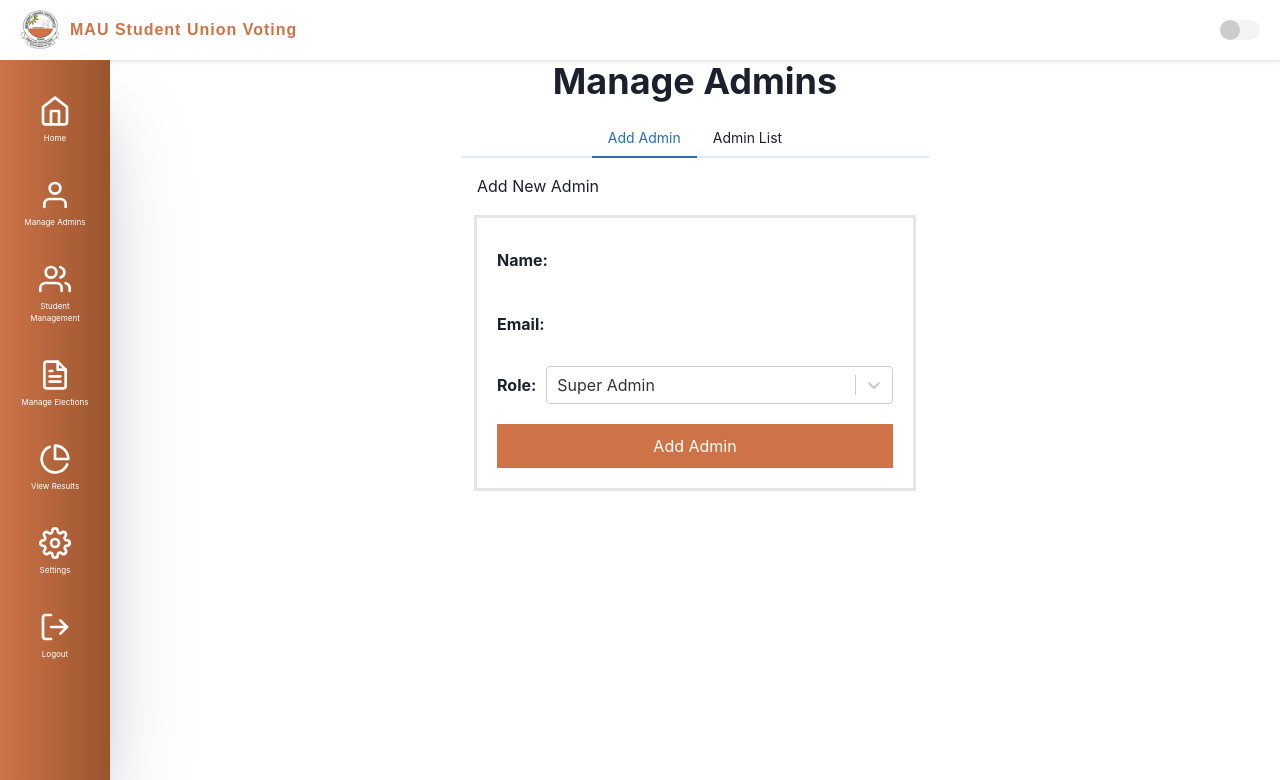
Repository: joena1o/e-vote
Page: /admin-dashboard/manage-admin
An editor plug-in stored every save of this project. The page is shown before and after the next save, followed by the edit.
The browser window is 1280 px wide. The pictures show the whole page.
The project was rebuilt for these pictures with package versions that can differ from the ones it lists, and the page was loaded fresh each time. Also part of the build but not shown: src/components/EnhancedLogin.js, src/components/maincontent/RegisterStudents/ManageStudents.js, src/components/maincontent/RegisterStudents/RegisterStudents.js, src/components/maincontent/RegisterStudents/StudentManagement.js, src/components/maincontent/ElectionResults/ViewResults.js, src/components/maincontent/Settings/Settings.js, src/api/index.js, src/components/maincontent/home/Home.styles.js and 15 more.

Above is the page before, as saved 2023-10-24 06:29:26.

### src/index.js
import React from 'react';
import ReactDOM from 'react-dom/client';
import './index.css';
import App from './App';
import reportWebVitals from './reportWebVitals';
import Modal from 'react-modal';

// Set the app element for the modal for accessibility purposes
Modal.setAppElement('#root');

const root = ReactDOM.createRoot(document.getElementById('root'));
root.render(
  <React.StrictMode>
    <App />
  </React.StrictMode>
);

// If you want to start measuring performance in your app, pass a function
// to log results (for example: reportWebVitals(console.log))
// or send to an analytics endpoint. Learn more: https://bit.ly/CRA-vitals
reportWebVitals();

### src/App.js
import React from 'react';
import { BrowserRouter as Router, Routes, Route, Navigate } from 'react-router-dom';
import EnhancedLogin from './components/EnhancedLogin';
import AdminDashboard from './components/AdminDashboard';
import StudentDashboard from './components/StudentDashboard';
import { ChakraProvider, ColorModeProvider, Button, useColorMode } from '@chakra-ui/react';
import { Provider } from 'react-redux';
import store from './Redux/store';
import ElectionCommitteeDashboard from './components/maincontent/ElectionCommitteeDashboard';

// Component to toggle dark mode
function DarkModeToggle() {
  const { colorMode, toggleColorMode } = useColorMode();
  return (
    <Button onClick={toggleColorMode} position="fixed" m={4} zIndex={10}>
      Toggle {colorMode === 'light' ? 'Dark' : 'Light'}
    </Button>
  );
}

function App() {
  // Check if the current route is not the "/login" route, then render the DarkModeToggle
  // const isLoginPage = window.location.pathname === '/login';

  return (
    <Provider store={store}>
      <ChakraProvider>
        <ColorModeProvider options={{ useSystemColorMode: true }}>
          <Router>
            <Routes>
              {/* Define your routes */}
              <Route path="/login" element={<EnhancedLogin />} />
              <Route path="/admin-dashboard/*" element={<AdminDashboard />} />
              <Route path="/ElectionCommittee-dashboard/*" element={<ElectionCommitteeDashboard />} />
              <Route path='/student-dashboard/*' element={<StudentDashboard />} />
              {/* Redirect root to /admin-dashboard */}
              <Route path="/" element={<Navigate to="/admin-dashboard" replace />} />
            </Routes>
          </Router>
          {/* Render DarkModeToggle only if not on the "/login" page */}
          {/* {!isLoginPage && <DarkModeToggle />} */}
        </ColorModeProvider>
      </ChakraProvider>
    </Provider>
  );
}

export default App;

### src/components/AdminDashboard.js
// AdminDashboard.js
import React from 'react';
import { Routes, Route } from 'react-router-dom';
import StudentManagement from './maincontent/RegisterStudents/StudentManagement';
import ViewResults from './maincontent/ElectionResults/ViewResults';
import Settings from './maincontent/Settings/Settings';
import Home from './maincontent/home/Home';
import ManageAdmin from './maincontent/ManageAdmins/ManageAdmins';
import ManageElections from './maincontent/ManageElections/ManageElections';
import Sidebar from './Sidebar';
import Navbar from './Navbar';
import styled from 'styled-components';

const Container = styled.div`
  display: flex;
  flex-direction: column;
  /* Add the following line to ensure Container fills the screen height */
  height: 100vh;
  width: 100%; /* Use 100% to fill the entire width of the screen */
`;


const Content = styled.div`
  display: flex;
  /* Add the following line to ensure Content fills the remaining screen space */
  flex: 1;
`;

const AdminDashboard = () => {
  return (
    <Container>
      <Navbar />
      <Content>
        <Sidebar />
        <Routes>
          <Route index element={<Home />} />
          <Route path="student-management" element={<StudentManagement />} />
          <Route path="view-results" element={<ViewResults />} />
          <Route path="settings" element={<Settings />} />
          <Route path="manage-admin" element={<ManageAdmin />} />
          <Route path="manage-elections" element={<ManageElections />} />
        </Routes>
      </Content>
    </Container>
  );
};

export default AdminDashboard;

### src/Redux/store.js
import { configureStore } from '@reduxjs/toolkit';
import electionReducer from './electionSlice';
import studentsReducer from './studentsSlice';
import candidatesReducer from './CandidateSlice'; // Import the candidates reducer

const store = configureStore({
  reducer: {
    elections: electionReducer,
    students: studentsReducer,
    candidates: candidatesReducer, // Add the candidates reducer here
  },
});

export default store;

### src/components/maincontent/ManageAdmins/ManageAdmins.js
import React, { useState } from 'react';
import { Tabs, TabList, TabPanels, Tab, TabPanel, Box, Flex, Heading } from '@chakra-ui/react';
import AddAdmin from './AddAdmin';
import AdminList from './AdminList';

const ManageAdmins = () => {
  const [activeTab, setActiveTab] = useState(0);

  const handleTabChange = (index) => {
    setActiveTab(index);
  };

  return (
    <Flex direction="column" align="center" w="100%" h="100%">
      <Heading mb={4}>Manage Admins</Heading>
      <Box w="40%" maxW="500px">
        <Tabs index={activeTab} onChange={handleTabChange} isLazy>
          <TabList justifyContent="center" isFitted>
            <Tab fontSize="sm" px={4} py={2}>
              Add Admin
            </Tab>
            <Tab fontSize="sm" px={4} py={2}>
              Admin List
            </Tab>
          </TabList>
          <TabPanels>
            <TabPanel>
              <AddAdmin />
            </TabPanel>
            <TabPanel>
              <AdminList />
            </TabPanel>
          </TabPanels>
        </Tabs>
      </Box>
    </Flex>
  );
};

export default ManageAdmins;

### src/components/Sidebar.js
import React from 'react';
import styled from 'styled-components';
import { Link } from 'react-router-dom';
import { FiHome, FiUser, FiUsers, FiFileText, FiSettings, FiLogOut, FiPieChart } from 'react-icons/fi';
import { useColorMode } from '@chakra-ui/react';

const SidebarContainer = styled.nav`
  background: ${props => (props.theme === 'dark' ? '#333' : 'linear-gradient(to right, #ce7348, #9a552e)')};
  padding: 15px;
  height: 100vh;
  color: #fff;
  box-shadow: rgba(50, 50, 93, 0.25) 0px 50px 100px -20px, rgba(0, 0, 0, 0.3) 0px 30px 60px -30px;
  display: flex;
  flex-direction: column;
`;

const LinkList = styled.ul`
  list-style-type: none;
  padding: 0;
  flex: 1;
`;

const StyledLink = styled(Link)`
  text-decoration: none;
  color: #fff;
  display: flex;
  flex-direction: column;
  align-items: center;
  transition: color 0.3s ease;
  margin-bottom: 15px;
  cursor: pointer;
  font-size: 0.5rem;

  &:hover {
    color: #fce364;
  }

  width: 80px;
  text-align: center;
  word-wrap: break-word;
  overflow-wrap: break-word;

  @media (max-width: 768px) {
    font-size: 0.4rem;
  }

  @media (max-width: 480px) {
    font-size: 0.3rem;
  }
`;

const LinkItem = styled.li`
  display: flex;
  align-items: center;
  margin-top: 20px;
`;

const Icon = styled.div`
  font-size: 2rem;
  color: #fff;

  @media (max-width: 768px) {
    font-size: 0.9rem;
  }

  @media (max-width: 480px) {
    font-size: 0.8rem;
  }

  margin-bottom: 5px;

  ${StyledLink}:hover & {
    color: #fce364;  // Change icon color when the link is hovered
  }
`;

function Sidebar() {
  const { colorMode } = useColorMode();

  return (
    <SidebarContainer theme={colorMode}>
      <LinkList>
        <LinkItem>
          <StyledLink to="/admin-dashboard">
            <Icon><FiHome /></Icon>
            Home
          </StyledLink>
        </LinkItem>
        <LinkItem>
          <StyledLink to="/admin-dashboard/manage-admin">
            <Icon><FiUser /></Icon>
            Manage Admins
          </StyledLink>
        </LinkItem>
        <LinkItem>
          <StyledLink to="/admin-dashboard/student-management">
            <Icon><FiUsers /></Icon>
            Student Management
          </StyledLink>
        </LinkItem>
        <LinkItem>
          <StyledLink to="/admin-dashboard/manage-elections">
            <Icon><FiFileText /></Icon>
            Manage Elections
          </StyledLink>
        </LinkItem>
        <LinkItem>
          <StyledLink to="/admin-dashboard/view-results">
            <Icon><FiPieChart /></Icon>
            View Results
          </StyledLink>
        </LinkItem>
        <LinkItem>
          <StyledLink to="/admin-dashboard/settings">
            <Icon><FiSettings /></Icon>
            Settings
          </StyledLink>
        </LinkItem>
        <LinkItem>
          <StyledLink to="/logout">
            <Icon><FiLogOut /></Icon>
            Logout
          </StyledLink>
        </LinkItem>
      </LinkList>
    </SidebarContainer>
  );
}

export default Sidebar;

### src/components/Navbar.js
import React from 'react';
import styled, { createGlobalStyle } from 'styled-components';
import logo from '../assets/school_logo.jpg';
import { useColorMode } from '@chakra-ui/react';

const GlobalStyle = createGlobalStyle`
  body {
    background-color: ${props => (props.theme === 'dark' ? '#333' : '#fff')};
    color: ${props => (props.theme === 'dark' ? '#fff' : '#000')}; // Set other component texts to black in light mode
  }
`;

const Header = styled.header`
  background: ${props => (props.theme === 'dark' ? '#333' : '#fff')};
  color: ${props => (props.theme === 'dark' ? '#fff' : '#ce7348')}; // Set navbar text to brown in light mode
  padding: 10px 20px;
  display: flex;
  align-items: center;
  justify-content: flex-start;
  box-shadow: 0px 2px 4px rgba(0, 0, 0, 0.1);
  font-family: 'Poppins', sans-serif;
`;


const Logo = styled.img`
  width: 40px;
  height: 40px;
  border-radius: 20px;
  margin-right: 10px;
`;

const Title = styled.h1`
  margin: 0;
  padding: 0;
  font-size: 1rem;
  font-weight: 600;
  letter-spacing: 1px;
`;

const ToggleSlider = styled.label`
  display: flex;
  align-items: center;
  cursor: pointer;
  margin-left: auto;
`;

const SliderInput = styled.input.attrs({ type: 'checkbox' })`
  display: none;
`;

const Slider = styled.div`
  width: 40px;
  height: 20px;
  background-color: ${props => (props.theme === 'dark' ? '#333' : '#f4f4f4')};
  border-radius: 20px;
  position: relative;
  transition: background-color 0.3s ease;
  cursor: pointer;

  &::after {
    content: '';
    width: 20px;
    height: 20px;
    border-radius: 50%;
    background-color: ${props => (props.theme === 'dark' ? '#fff' : '#ccc')};
    position: absolute;
    top: 50%;
    transform: translateY(-50%);
    left: ${props => (props.theme === 'dark' ? '20px' : '0')};
    transition: left 0.3s ease;
  }
`;

function Navbar() {
  const { colorMode, toggleColorMode } = useColorMode();

  return (
    <>
      <GlobalStyle theme={colorMode} />
      <Header theme={colorMode}>
        <Logo src={logo} alt="University Logo" />
        <Title>MAU Student Union Voting</Title>
        <ToggleSlider>
          <SliderInput type="checkbox" onChange={toggleColorMode} />
          <Slider theme={colorMode} />
        </ToggleSlider>
      </Header>
    </>
  );
}

export default Navbar;

### src/Redux/electionSlice.js
/*import { createSlice, createAsyncThunk } from '@reduxjs/toolkit';
import { API, graphqlOperation } from 'aws-amplify';
import { createElection as createElectionAPI } from '../graphql/mutations';

export const createElection = createAsyncThunk(
  'elections/createElection',
  async (election, { rejectWithValue }) => {
    try {
      const result = await API.graphql(graphqlOperation(createElectionAPI, { input: election }));
      return result.data.createElection;
    } catch (error) {
      return rejectWithValue(error);
    }
  }
);

const electionSlice = createSlice({
  name: 'elections',
  initialState: [],
  reducers: {},
  extraReducers: (builder) => {
    builder.addCase(createElection.fulfilled, (state, action) => {
      state.push(action.payload);
    });
  },
});

export default electionSlice.reducer;
*/

### src/Redux/studentsSlice.js
import { createSlice } from '@reduxjs/toolkit';

export const studentsSlice = createSlice({
  name: 'students',
  initialState: [],
  reducers: {
    addStudents: (state, action) => {
      // Add students to the Redux store
      action.payload.forEach(student => {
        state.push(student);
      });
    },
  },
});

export const { addStudents } = studentsSlice.actions;

export default studentsSlice.reducer;

### src/Redux/CandidateSlice.js

import { createSlice } from '@reduxjs/toolkit';

export const candidatesSlice = createSlice({
  name: 'candidates',
  initialState: [],
  reducers: {
    setCandidates: (state, action) => {
      return action.payload;
    },
  },
});

export const { setCandidates } = candidatesSlice.actions;
export default candidatesSlice.reducer;

### src/components/maincontent/ManageAdmins/AddAdmin.js
import React, { useState } from 'react';
import styled from 'styled-components';
import { API, Auth } from 'aws-amplify';
import { useFormik } from 'formik';
import Select from 'react-select';
import { useColorMode } from '@chakra-ui/react';
import Modal from 'react-modal';

Modal.setAppElement('#root');  // For accessibility reasons

const darkThemeStyles = {
    menu: provided => ({
        ...provided,
        backgroundColor: '#333',
        color: 'white'
    }),
    option: (provided, state) => ({
        ...provided,
        backgroundColor: state.isFocused ? '#555' : '#333',
        color: 'white'
    }),
    control: provided => ({
        ...provided,
        backgroundColor: '#444',
        color: 'white',
        borderColor: '#555'
    }),
    singleValue: provided => ({
        ...provided,
        color: 'white'
    })
};

const Form = styled.form`
    display: flex;
    flex-direction: column;
    max-width: 600px;
    margin: 20px auto;
    padding: 20px;
    box-shadow: rgba(0, 0, 0, 0.1) 0px 0px 0px 3px;
`;

const FormGroup = styled.div`
    display: flex;
    align-items: center;
    margin-bottom: 20px;
`;

const Label = styled.label`
    margin-right: 10px;
    font-weight: bold;
`;

const Input = styled.input`
    flex: 1;
    padding: 10px;
`;

const StyledSelect = styled(Select)`
    flex: 1;
`;

const Button = styled.button`
    background-color: #ce7348;
    color: #fff;
    padding: 10px;
    border: none;
    cursor: pointer;
`;

const StyledModal = styled(Modal)`
    position: absolute;
    top: 50%;
    left: 50%;
    transform: translate(-50%, -50%);
    width: 300px;
    background: ${props => props.colorMode === 'dark' ? '#333' : '#fff'};
    padding: 20px;
    border-radius: 8px;
    outline: none;
    box-shadow: 0px 10px 30px -5px rgba(0, 0, 0, 0.3);
`;

const CloseIcon = styled.span`
    position: absolute;
    top: 10px;
    right: 10px;
    cursor: pointer;
    font-size: 24px;
    color: #ce7348;
`;

function AddAdmin() {
    const [modalIsOpen, setModalIsOpen] = useState(false);
    const [modalMessage, setModalMessage] = useState('');
    const { colorMode } = useColorMode();

    const roleOptions = [
        { value: 'Super Admin', label: 'Super Admin' },
        { value: 'Student Affairs', label: 'Student Affairs' },
    ];

    const formik = useFormik({
        initialValues: {
            name: '',
            email: '',
            role: 'Super Admin',
        },
        onSubmit: async (values) => {
            try {
                // Your AWS Amplify logic...
                const temporaryPassword = Math.random().toString(36).slice(-8);
                const signUpResponse = await Auth.signUp({
                    username: values.email,
                    password: temporaryPassword,
                    attributes: {
                        email: values.email,
                    },
                });

                if (!signUpResponse.userConfirmed) {
                    await Auth.completeNewPassword(signUpResponse, temporaryPassword);
                }

                await API.post('AdminAPI', '/admins', {
                    body: values,
                });

                setModalMessage('Admin added successfully! An email with a temporary password has been sent.');
                setModalIsOpen(true);
                formik.resetForm();

            } catch (error) {
                console.error('Error adding admin:', error);
                setModalMessage('Error adding admin. Please try again.');
                setModalIsOpen(true);
            }
        },
    });

    return (
        <>
            <h3>Add New Admin</h3>
            <Form onSubmit={formik.handleSubmit}>
                <FormGroup>
                    <Label>Name:</Label>
                    <Input type="text" name="name" value={formik.values.name} onChange={formik.handleChange} required />
                </FormGroup>

                <FormGroup>
                    <Label>Email:</Label>
                    <Input type="email" name="email" value={formik.values.email} onChange={formik.handleChange} required />
                </FormGroup>

                <FormGroup>
                    <Label>Role:</Label>
                    <StyledSelect
                        value={roleOptions.find(option => option.value === formik.values.role)}
                        onChange={option => formik.setFieldValue('role', option.value)}
                        options={roleOptions}
                        isSearchable={false}
                        styles={colorMode === 'dark' ? darkThemeStyles : {}}
                    />
                </FormGroup>

                <Button type="submit">Add Admin</Button>
            </Form>
            <StyledModal
                isOpen={modalIsOpen}
                onRequestClose={() => setModalIsOpen(false)}
                colorMode={colorMode}
            >
                <CloseIcon onClick={() => setModalIsOpen(false)}>×</CloseIcon>
                <h2>Notification</h2>
                <p>{modalMessage}</p>
            </StyledModal>
        </>
    );
}

export default AddAdmin;

Loaded but not shown: public/index.html (common file); src/index.css (common file); src/reportWebVitals.js (common file)

After the next save:
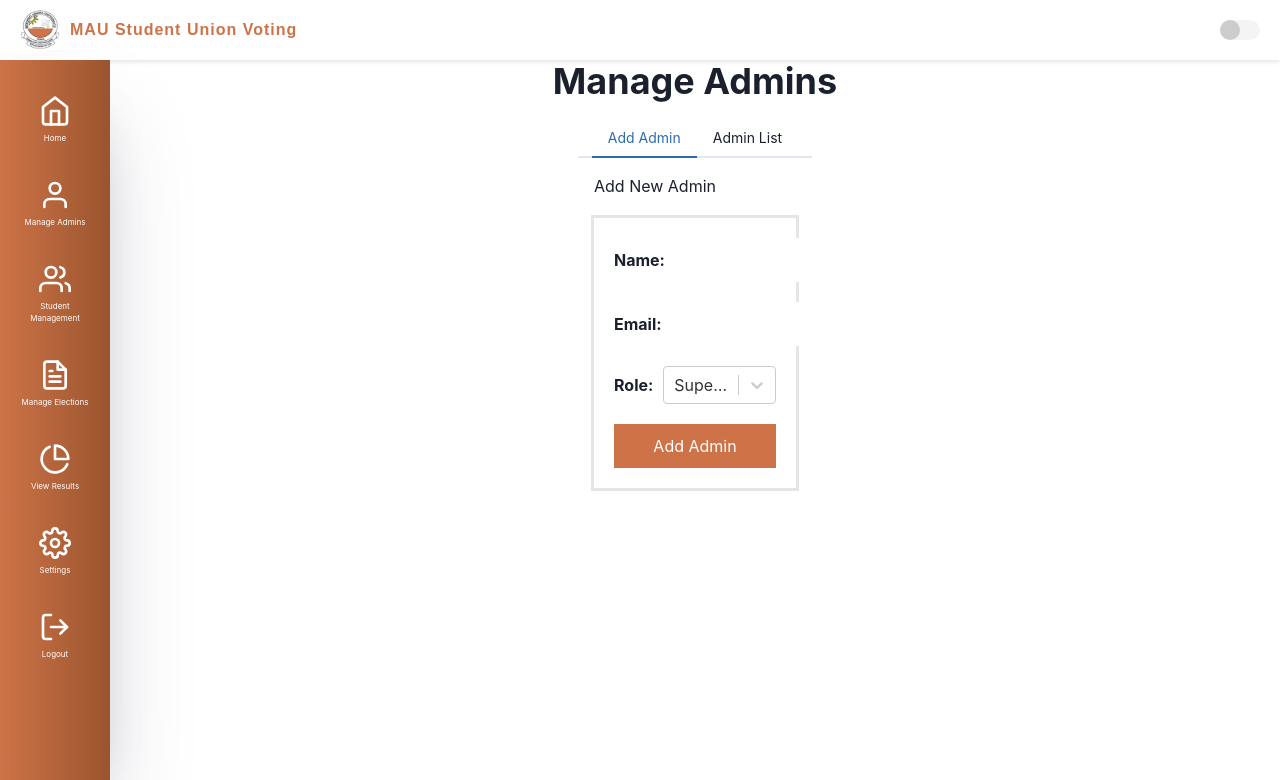
Saved 31 min 21 s later.
--- a/src/components/maincontent/ManageAdmins/ManageAdmins.js
+++ b/src/components/maincontent/ManageAdmins/ManageAdmins.js
@@ -13,7 +13,7 @@ const ManageAdmins = () => {
   return (
     <Flex direction="column" align="center" w="100%" h="100%">
       <Heading mb={4}>Manage Admins</Heading>
-      <Box w="40%" maxW="500px">
+      <Box w="20%" maxW="500px">
         <Tabs index={activeTab} onChange={handleTabChange} isLazy>
           <TabList justifyContent="center" isFitted>
             <Tab fontSize="sm" px={4} py={2}>

After the save that followed:
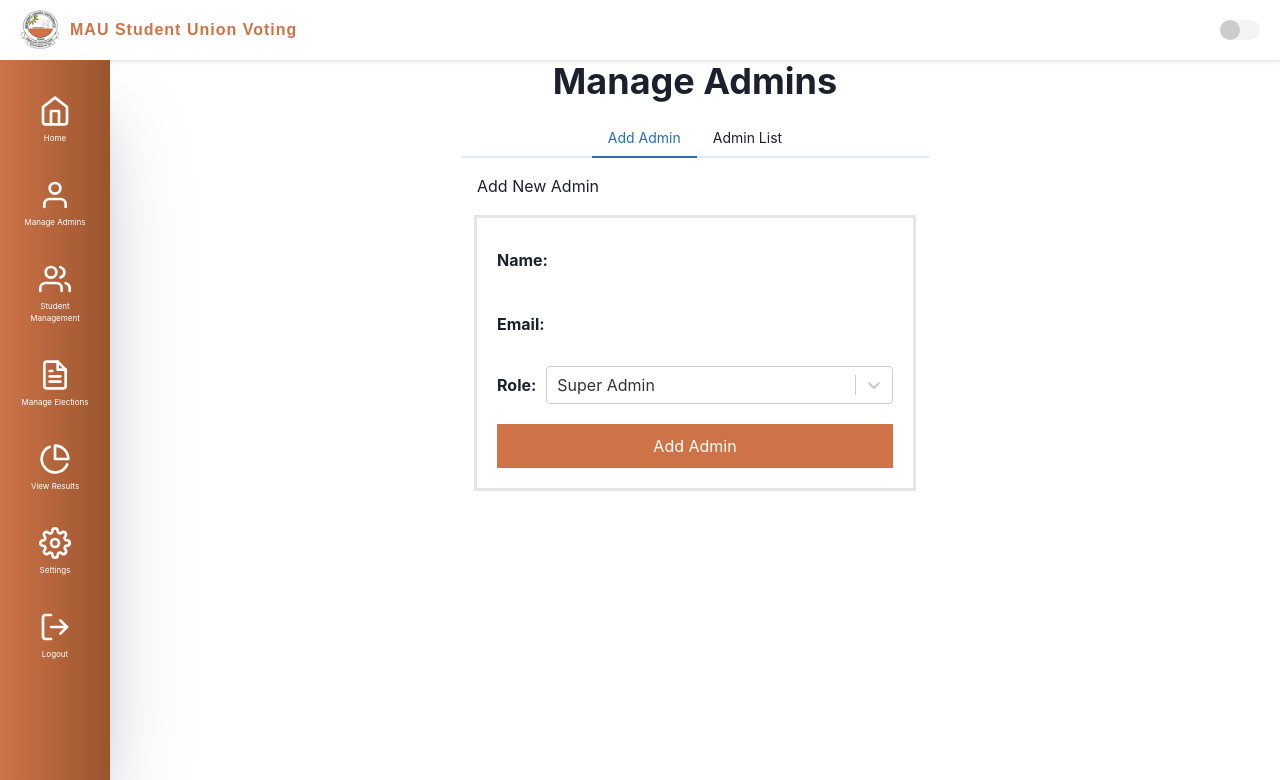
Saved 33 s later.
--- a/src/components/maincontent/ManageAdmins/ManageAdmins.js
+++ b/src/components/maincontent/ManageAdmins/ManageAdmins.js
@@ -13,7 +13,7 @@ const ManageAdmins = () => {
   return (
     <Flex direction="column" align="center" w="100%" h="100%">
       <Heading mb={4}>Manage Admins</Heading>
-      <Box w="20%" maxW="500px">
+      <Box w="40%" maxW="500px">
         <Tabs index={activeTab} onChange={handleTabChange} isLazy>
           <TabList justifyContent="center" isFitted>
             <Tab fontSize="sm" px={4} py={2}>
